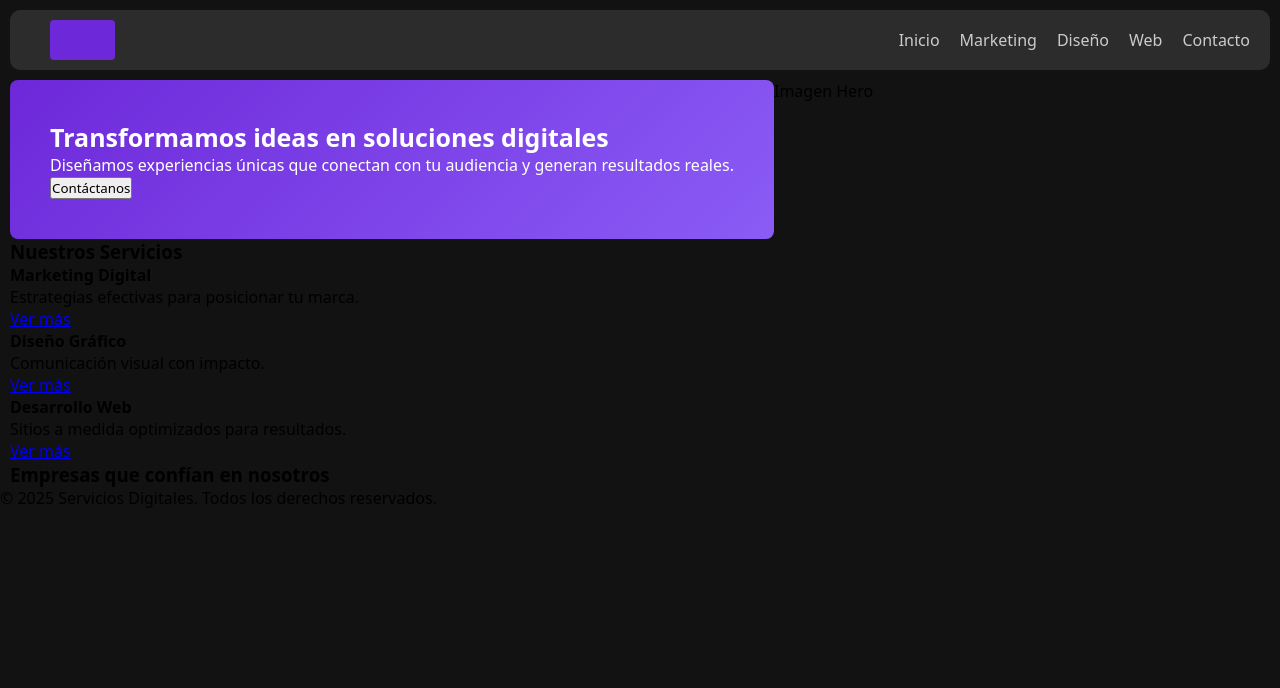
Repository: santinogarrone/TrabajoAgustin
Page: html/index.html
These files come from the project's save history. The page is drawn as it stood at one moment and after the next save; the edit follows.
The browser window is 1280 px wide. The pictures show the whole page.

Above is the page before, as saved 2025-05-02 12:09:39.

### html/index.html
<!DOCTYPE html>
<html lang="en">
<head>
    <meta charset="UTF-8">
    <meta name="viewport" content="width=device-width, initial-scale=1.0">
    <link rel="stylesheet" href="../css/style.css">
    <title>Página de Agustin</title>
</head>
<body>

    <header>
        <nav class="nav-bar">
            <div class="cuadrado-violeta">

            </div>


            <ul class="nav-list">
                <li class="nav-item"><a href="">Inicio</a></li>
                <li class="nav-item"><a href="">Marketing</a></li>
                <li class="nav-item"><a href="">Diseño</a></li>
                <li class="nav-item"><a href="">Web</a></li>
                <li class="nav-item"><a href="">Contacto</a></li>
            </ul>

            <button class="menu-icon" aria-label="menu">
                <span class="menu-line"></span>
                <span class="menu-line"></span>
                <span class="menu-line"></span>
            </button>
        </nav>
    </header>
        <main>

            <section class="main-contact">
                <div class="contacto">
                    <h2 class="tit-contacto">Transformamos ideas en soluciones digitales</h2>
                    <p class="explicacion">Diseñamos experiencias únicas que conectan con tu audiencia y generan resultados reales.</p>

                    <button class="boton-contactar" onclick="location.href='../html/contacto.html'">
                        Contáctanos
                    </button>
                </div>

                <div class="img-hero">
                    Imagen Hero
                </div>
            </section>

            <section class="servicios">
                <h3>Nuestros Servicios</h3>

                <div class="card">
                    <h4>Marketing Digital</h4>
                    <p>Estrategias efectivas para posicionar tu marca.</p>
                    <a href="../html/marketing.html">Ver más</a>
                </div>

                <div class="card">
                    <h4>Diseño Gráfico</h4>
                    <p>Comunicación visual con impacto.</p>
                    <a href="#">Ver más</a>
                </div>

                <div class="card">
                    <h4>Desarrollo Web</h4>
                    <p>Sitios a medida optimizados para resultados.</p>
                    <a href="#">Ver más</a>
                </div>

            </section>

            <section class="empresas">
                <h3>Empresas que confían en nosotros</h3>
                <article class="logos">
                    <div class="logo"></div>
                    <div class="logo"></div>
                    <div class="logo"></div>
                    <div class="logo"></div>
                </article>

            </section>

        </main>

    <footer>
        <div class="ftr">
            <p>&copy; 2025 Servicios Digitales. Todos los derechos reservados.</p>
        </div>
    </footer>
</body>
</html>

### css/style.css
@import url(./global.css);

*{
    margin: 0;
    padding: 0;
    box-sizing: border-box;
    font-family: var(--font-family);
}


body{
    background-color: var(--fondo-color);
    height: 100%;
}
main{
    margin: 0 10px;
}

header{
    padding: 10px;
}
.cuadrado-violeta{
    display: block;
    width: 65px;
    height: 40px;
    background-color: var(--primary-color-original);
    border-radius: 4px;
    margin-left: 20px;
}


.nav-bar {
    display: flex;
    align-items: center;
    justify-content: space-between;
    background-color: #2c2c2c;
    padding: 10px 20px;
    border-radius: 10px;
    position: relative;
  }

  .menu-icon {
    display: none;
  }

  .menu-line {
    height: 4px;
    background-color: white;
    border-radius: 2px;
    width: 100%;
  }

  .nav-list {
    display: flex;
    gap: 20px;
    list-style: none;
    margin: 0;
    padding: 0;
  }

  .nav-item a {
    color: #ccc;
    text-decoration: none;
  }

  .main-contact{
    display: flex;
  }
  .main-contact .contacto{
    background: var(--primary-color-gradient);
    border-radius: 8px;
    color: var(--texto-color);
    padding: 40px;ç
    height: 300px;
    flex-direction: column;
  }

  .tit-contacto{
    font-size: 25px;
  }

@media (375px >= width) {

    .hero-img{
        display: none;
    }
    .hero-texto p{
        display: none;
    }
    body{
        background-color: var(--fondo-color);
        height: 100%;
    }

    header{
        background-color: var(--superficie-dos);
        position: sticky;
        top: 0;
        margin: 0;
        border-radius: 0;
    }

    main{
        margin: 0px;
    }
    .explicacion{
        display: none;
    }

    .nav-list{
        display: none;
    }

    .img-hero{
        display: none;
    }
    .cuadrado-violeta{
        display: block;
        width: 65px;
        height: 40px;
        background-color: var(--primary-color-original);
        border-radius: 4px;
        margin-left: 20px;
    }

    .menu-icon{
        width: 30px;
        height: 30px;
        background: transparent;
        display: flex;
        flex-direction: column;
        gap: 4px;
        height: fit-content;
        border: none;
    }

    .menu-line{
        width: 100%;
        height: 4px;
        background-color: var(--texto-color);
        border: none;
        border-radius: 4px;

    }

    .nav-bar{
        display: flex;
        justify-content: space-between;
        align-items: center;
        padding: 5px 16px;
    }


    .main-contact{
        display: flex;
        padding: 24px;
        justify-content: center;
        align-items: center;
    }

    .contacto{
        display: block;
        padding: 34px;
        background: var(--primary-color-gradient);
        border-radius: 10px;
        color: var(--texto-color);
        height: auto;
        font-size: 12px;
    }

    .contacto .tit-contacto{
        text-align: center;
        align-items: center;
        font-weight: bold;
        margin-top: 30px;
    }

    .boton-contactar{
        display: block;
        margin: 0 auto;
        margin-bottom: 20px;
        margin-top: 12px;
        padding: 5px 20px;
        color: var(--primary-claro);
        background-color: var(--fondo-color);
        border-radius: 6px;
        cursor: pointer;
    }

    .servicios{
        display: flex;
        flex-direction: column;
        margin: 0 20px;
    }

    .servicios h3{
        color: var(--texto-color);
    }

    .card{
        margin-top: 5px;
        align-items: center;
        justify-content: center;
        background-color: var(--superficie-dos);
        border-radius: 8px;
        padding: 12px;
        margin-bottom: 15px;
    }

    .card h4{
        color: var(--texto-color);
    }

    .card p{
        color: var(--texto-secundario);
        padding-bottom: 20px;
    }

    .card a{
        display: inline-block;
        margin-bottom: 20px;
        color: var(--texto-color);
        cursor: pointer;
    }

    .empresas{
        display: flex;
        flex-direction: column;
        align-items: flex-start;
        margin-left: 20px;
    }

    .empresas h3{
        color: var(--texto-color);
        margin-bottom: 1rem;
    }

    .logos{
        margin-top: 5px;
        width: 335px;
        display: flex;
        justify-content: center;
        align-items : center;
        gap: 5px;
        background-color: var(--superficie-dos);
        border-radius: 8px;
        padding: 20px;
        margin-bottom: 10px;
    }

    .logo{
        width: 60px;
        height: 30px;
        background-color: #444444;
        border-radius: 5px;
    }

    .ftr{
        background-color: var(--superficie-dos);
        border-radius: 8px;
        text-align: center;
        margin: 15px 10px;
        padding: 16px;
        color: var(--texto-secundario);
    }
}

### css/global.css
:root{
    --primary-color-gradient : linear-gradient(135deg, #6D28D9, #8B5CF6);
    --primary-color-original : #6D28D9;
    --primary-claro : #8b5cf6;
    --secundary-color : #10b981;
    --acento-color : #f5930b;
    --fondo-color : #121212;
    --superficie-color : #1e1e1e;
    --superficie-dos : #2d2d2d;
    --texto-secundario : #A0A0A0;

    --texto-color : #fff;
    --font-family : 'system-ui'
}

After the next save:
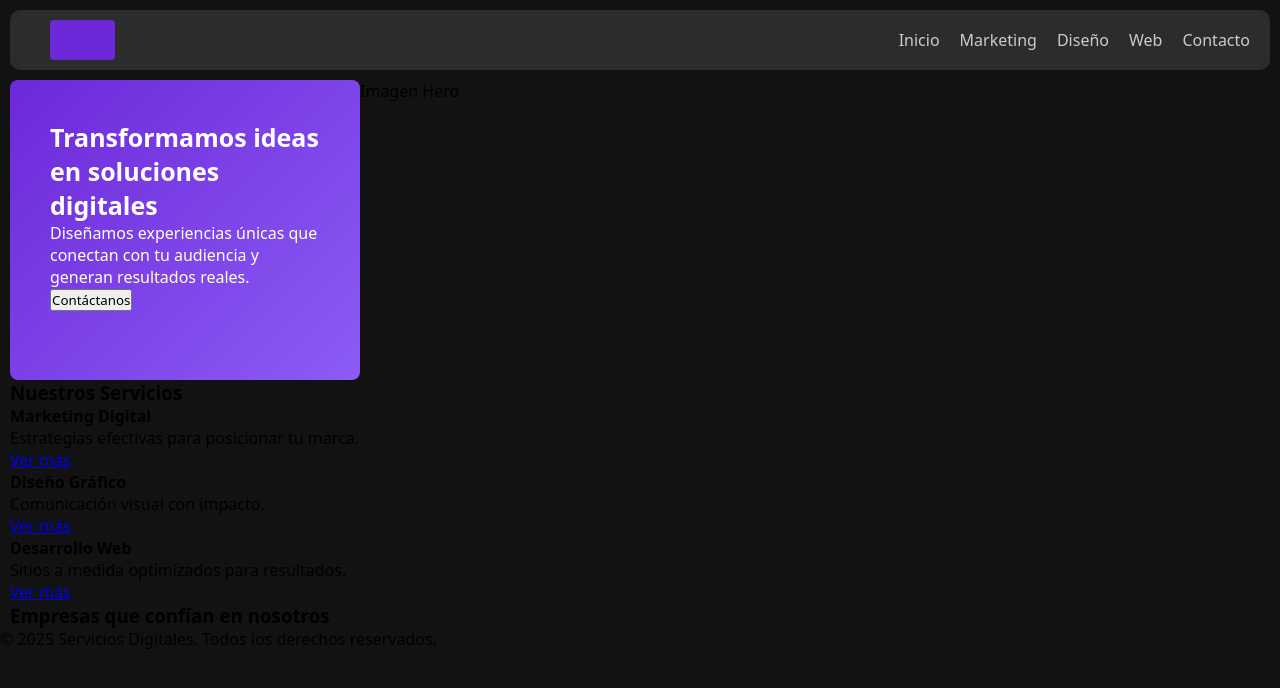
Saved 6 s later.
--- a/css/style.css
+++ b/css/style.css
@@ -70,7 +70,8 @@ header{
     background: var(--primary-color-gradient);
     border-radius: 8px;
     color: var(--texto-color);
-    padding: 40px;ç
+    padding: 40px;
+    max-width: 350px;
     height: 300px;
     flex-direction: column;
   }
